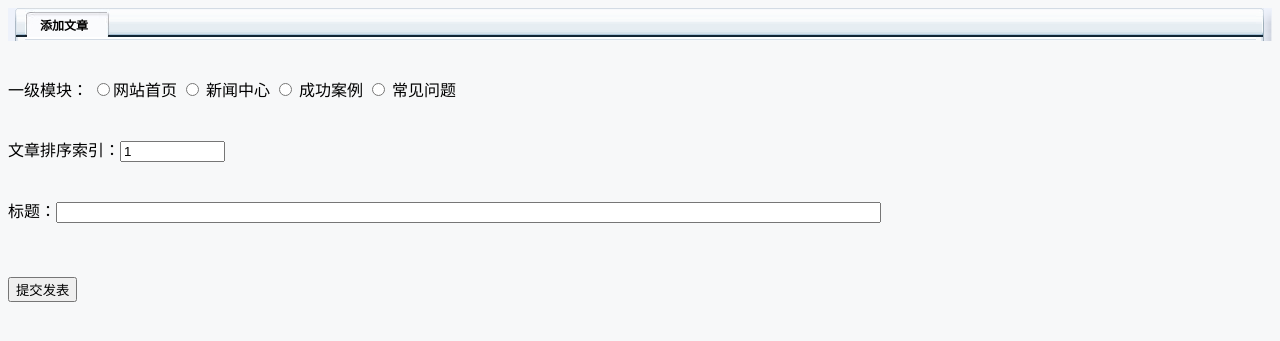
Repository: wzhcxw/shop
Page: ShopOnline/WebContent/admin/editor.html
An editor plug-in stored every save of this project. The page is shown before and after the next save, followed by the edit.
The browser window is 1280 px wide. The pictures show the whole page.

Above is the page before, as saved 2014-09-24 22:02:23.

After the next save:
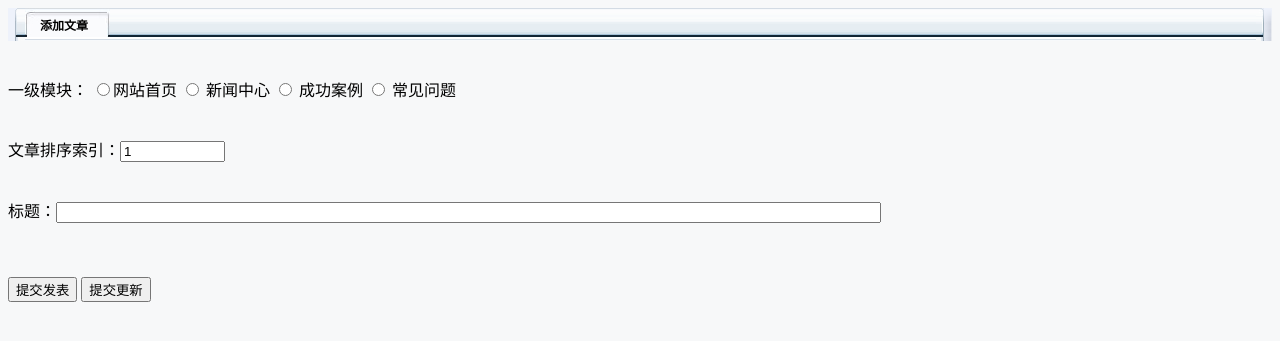
Saved 4 min 4 s later.
--- a/ShopOnline/WebContent/admin/editor.html
+++ b/ShopOnline/WebContent/admin/editor.html
@@ -149,6 +149,7 @@
 	<!-- This div will hold the editor. -->
 
 		<button size="20" type=hidden onclick="postss()" id="button">提交发表</button>
+		<button size="20" type=hidden onclick="postss()" id="button">提交更新</button>
 	<br>
 	<br>
 	<br>

After the 4 saves that followed:
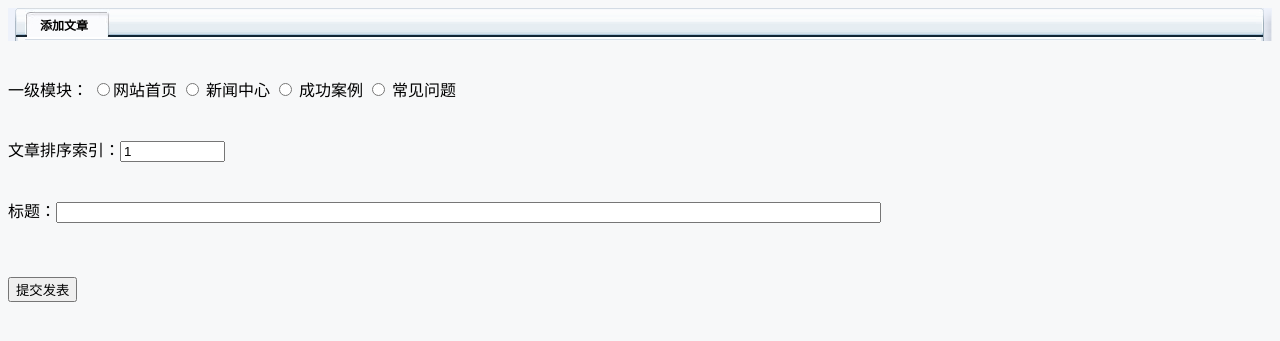
The 4 saves are shown as one change because 3 left the picture as it was.
The last was saved 3 min 25 s later.
--- a/ShopOnline/WebContent/admin/editor.html
+++ b/ShopOnline/WebContent/admin/editor.html
@@ -47,7 +47,6 @@
 		      if(data.flag == "0"){
 		      	alert(data.message);
 
-		      	document.getElementById("button").style.display="none";
 		      }
 
 		    });
@@ -64,7 +63,16 @@
 				var news = JSON.parse(jsonstr);
 				if(news.title!== null && news.title!=""){
 					init(news);
+
+				}
+
+				document.getElementById("button").style.display="none";
+				document.getElementById("buttongengxin").style.display="block";
 			}
+			else{
+				document.getElementById("button").style.display="block";
+				document.getElementById("buttongengxin").style.display="none";
+
 			}
 
 
@@ -149,7 +157,7 @@
 	<!-- This div will hold the editor. -->
 
 		<button size="20" type=hidden onclick="postss()" id="button">提交发表</button>
-		<button size="20" type=hidden onclick="postss()" id="button">提交更新</button>
+		<button size="20" type=hidden onclick="postss()" id="buttongengxin">提交更新</button>
 	<br>
 	<br>
 	<br>
